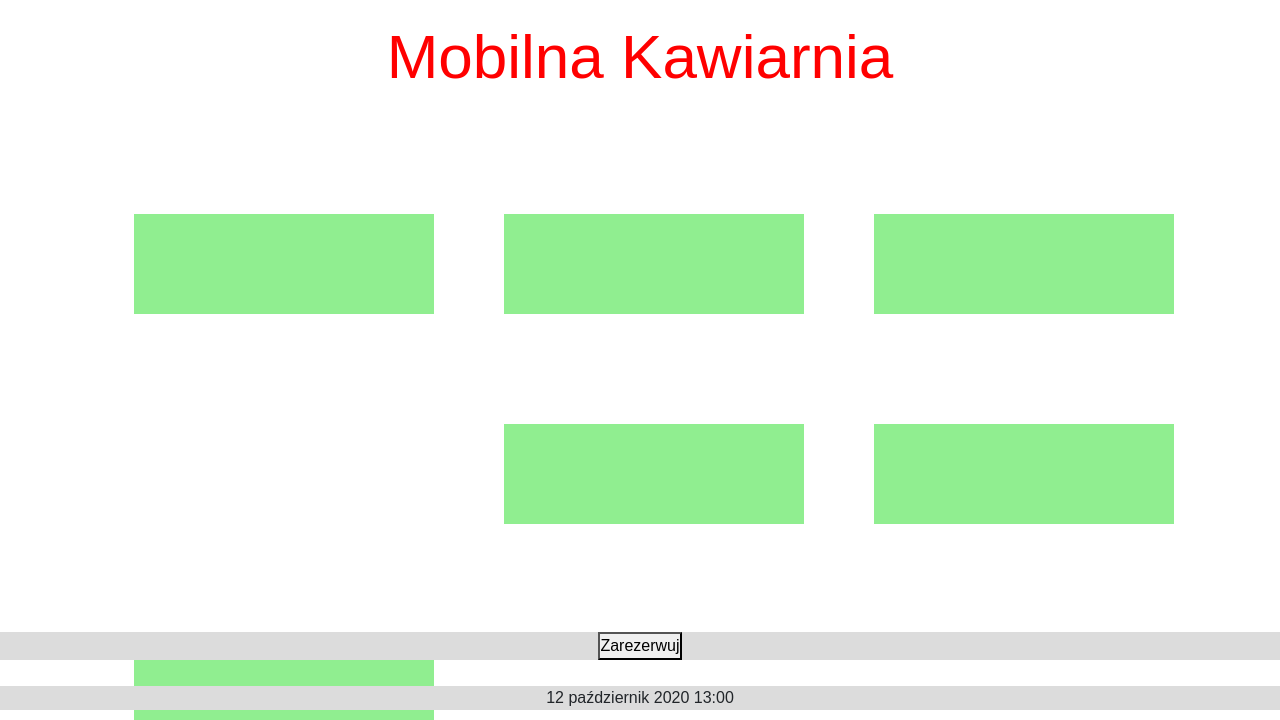
Repository: K009/MobilnaKawiarnia
Page: index.html
These files come from the project's save history. The page is drawn as it stood at one moment and after the next save; the edit follows.
The browser window is 1280 px wide. The pictures show the whole page.

Above is the page before, as saved 2020-12-23 17:05:57.

### index.html
<html>
  <head>
    <title>Mobilna Kawiarnia</title>
    <link rel="stylesheet" href="style.css" />
    <script src="scripts.js"></script>
    <link href="https://cdn.jsdelivr.net/npm/bootstrap@5.0.0-beta1/dist/css/bootstrap.min.css" rel="stylesheet" integrity="sha384-giJF6kkoqNQ00vy+HMDP7azOuL0xtbfIcaT9wjKHr8RbDVddVHyTfAAsrekwKmP1" crossorigin="anonymous">
    <script src="https://cdn.jsdelivr.net/npm/bootstrap@5.0.0-beta1/dist/js/bootstrap.bundle.min.js" integrity="sha384-ygbV9kiqUc6oa4msXn9868pTtWMgiQaeYH7/t7LECLbyPA2x65Kgf80OJFdroafW" crossorigin="anonymous"></script>
  </head>
  <body>
    <div class="main">
        <div class="logo">
          <h1><a href="">Mobilna Kawiarnia</a></h1>
        </div>

        <div id="center">

            <div class="tableUp">
                <svg class ="table" width="300" height="110">
                    <rect class ="table" width="300" height="100"/>
                  </svg>
            </div>

            <div class="tableUp">
                <svg width="300" height="110">
                    <rect class ="table" width="300" height="100"/>
                  </svg>
            </div>

            <div class="tableUp">
                <svg width="300" height="110">
                    <rect class ="table" width="300" height="100"/>
                  </svg>
            </div>

            <div class="tableUp">
                <svg width="300" height="110">
                    <rect class ="table" width="300" height="100"/>
                </svg>
            </div>

            <div class="tableUp">
                <svg width="300" height="110">
                    <rect class ="table" width="300" height="100"/>
                </svg>
            </div>

            <div class="tableUp">
                <svg width="300" height="110">
                    <rect class ="table" width="300" height="100" />
                </svg>
            </div>

        </div>

        <div id="bottomButton">
            <button id="submitDate" onclick="submit(this.id)">Zarezerwuj</button>
        </div>

        <div id="bottomMenu">
            12 październik 2020     13:00
        </div>
    </div>

    <script>

    </script>
  </body>
</html>

### style.css
* {
  margin: 0;
  padding: 0;
  font-family: sans-serif;
}
.main {
  width: 100%;
  height: 100vh;
  position: relative;
  overflow: hidden;
  background: white;
}
.logo {
  flex-basis: 20%;
}
.logo h1 {
  text-align: center;
  color: red;
  font-size: 62px;
  margin: 20 20px;
}
.logo h1 a {
  text-decoration: none;
  color: red;
}
#center {
  margin-left: 5%;
}
.tableUp {
  margin: 100 0 0 70px;
  float: left;
}
.table {
  fill: #90ee90;
}
.table:hover {
  fill: #88e388;
}
#bottomButton {
  background-color: gainsboro;
  text-align: center;
  position: absolute;
  width: 100%;
  bottom: 60px;
}
#submitDate {
  font-size: 16px;
}
#bottomMenu {
  background-color: gainsboro;
  text-align: center;
  position: absolute;
  width: 100%;
  bottom: 10px;
}

### scripts.js
console.log('xxdd');

// let submitButton = document.getElementById('submitDate');

// submitButton.onclick = function () {
//   console.log('klikniety!!');
// };

function submit(clicked_id) {
  console.log(clicked_id);
}

After the next save:
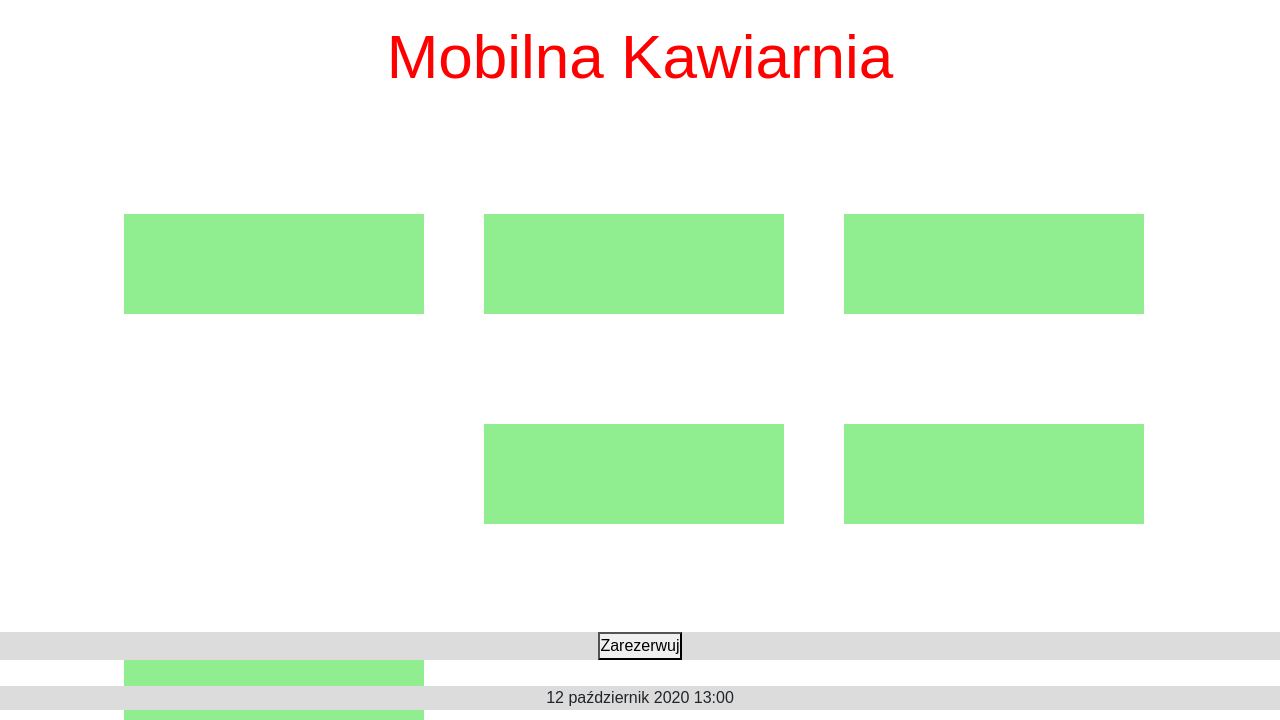
Saved 4 s later.
--- a/style.css
+++ b/style.css
@@ -27,7 +27,7 @@
   margin-left: 5%;
 }
 .tableUp {
-  margin: 100 0 0 70px;
+  margin: 100 0 0 60px;
   float: left;
 }
 .table {
